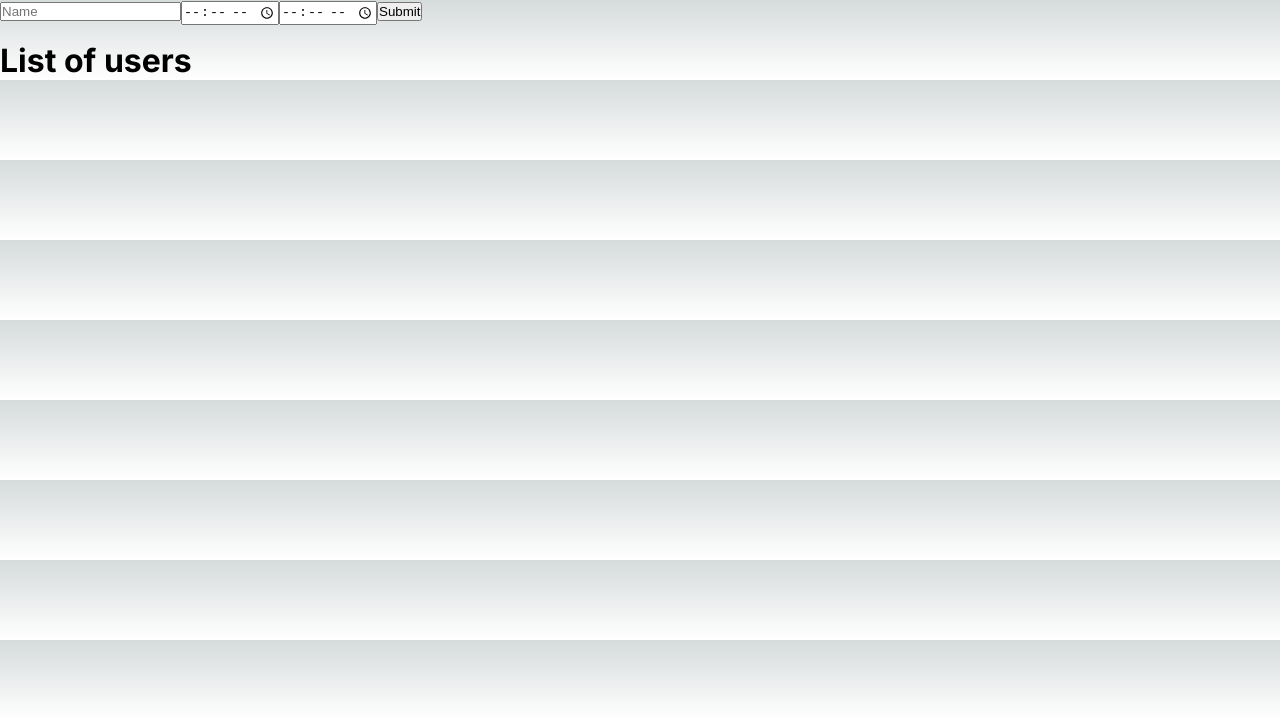
Repository: EeeeeEyyyy/daily_time_record
Page: /
These files come from the project's save history. The page is drawn as it stood at one moment and after the next save; the edit follows.
The browser window is 1280 px wide. The pictures show the whole page.
The project was rebuilt for these pictures with package versions that can differ from the ones it lists, and the page was loaded fresh each time. The framework's server and built-in components were replaced by stand-ins that run in the browser. Also part of the build but not shown: next.config.mjs.

Above is the page before, as saved 2024-06-27 13:39:10.

After the next save:
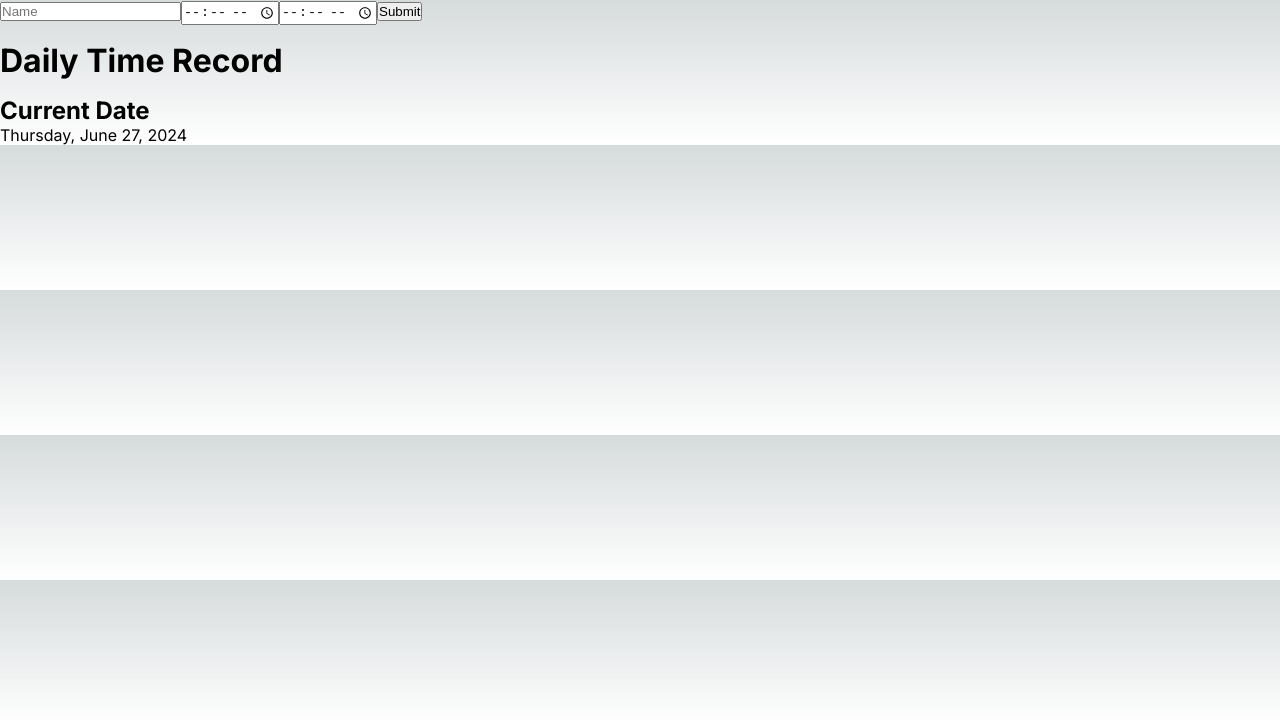
Saved 31 s later.
--- a/src/app/page.js
+++ b/src/app/page.js
@@ -2,7 +2,7 @@
 
 import React, { useEffect, useState } from 'react';
 
-const Page = () => {
+const DailyTimeRecord = () => {
   const [data, setData] = useState([]);
   const [name, setName] = useState('');
   const [arrivalTime, setArrivalTime] = useState('');
@@ -74,7 +74,7 @@ const Page = () => {
       <button onClick={handleSubmit}>Submit</button>
 
       <div style={{ marginTop: '1rem' }}>
-        <h1>List of users</h1>
+        <h1>Daily Time Record</h1>
         {data.map((item, index) => (
           <pre style={{ color: 'black', marginBottom: '1rem' }} key={index}>
             Name: {item.name}<br />
@@ -84,8 +84,13 @@ const Page = () => {
           </pre>
         ))}
       </div>
+
+      <div style={{ marginTop: '1rem' }}>
+        <h2>Current Date</h2>
+        <p>{date}</p>
+      </div>
     </div>
   );
 };
 
-export default Page;
+export default DailyTimeRecord;
